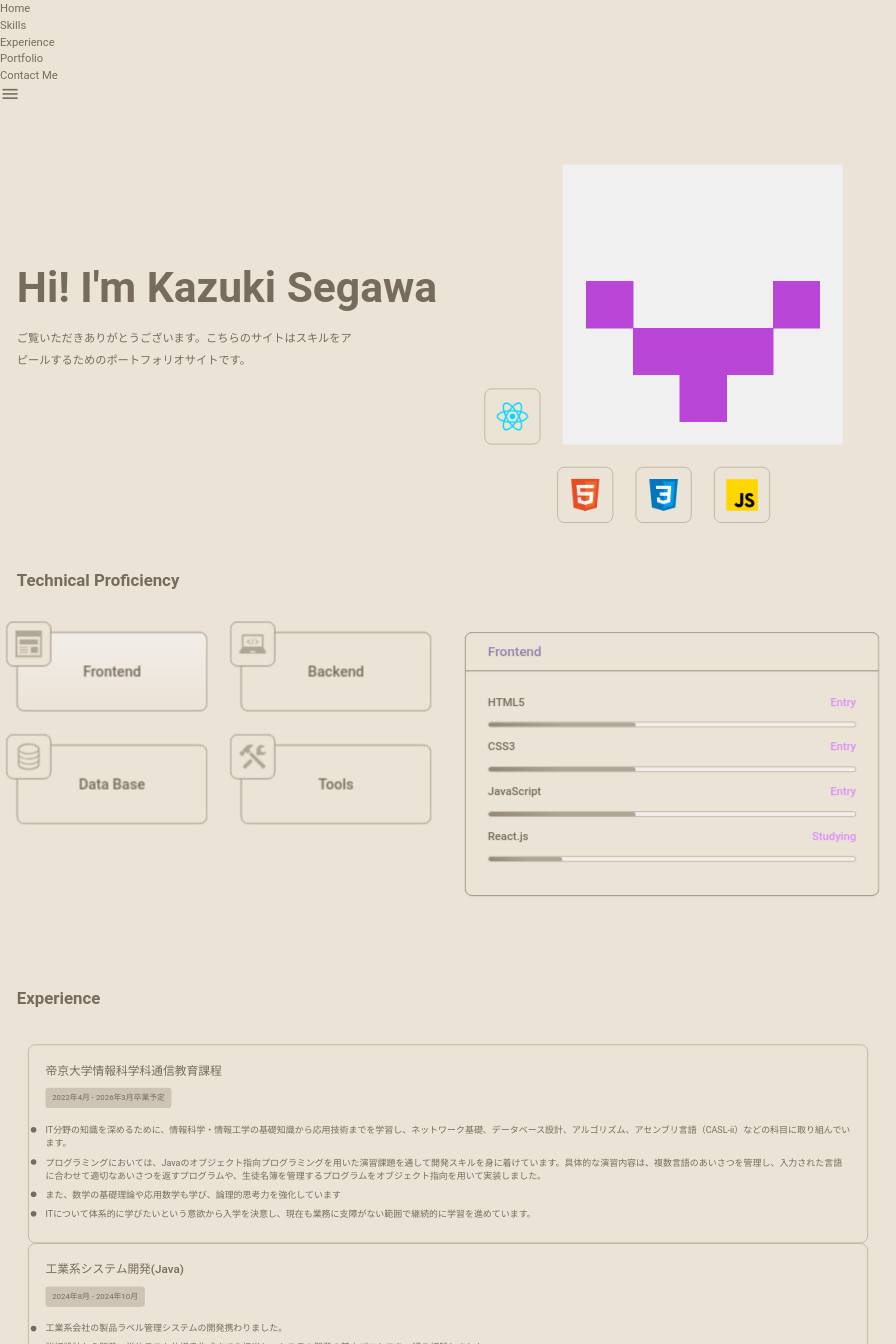
Repository: segawa74/SegawaSite
Page: /
The author's editor kept a copy of each file at every save. The page is drawn from the files as they stood at one save, then again after the next save.
The browser window is 1280 px wide. The pictures show the part of the page from y = 0 to 1920 px (the page is 3160 px tall before and 3141 px after), at 70% of full size.
The project was rebuilt for these pictures with package versions that can differ from the ones it lists, and the page was loaded fresh each time. Also part of the build but not shown: vite.config.ts, src/components/Navbar/Navbar.css.

Above is the page before, as saved 2024-10-23 18:19:53.

After the next save:
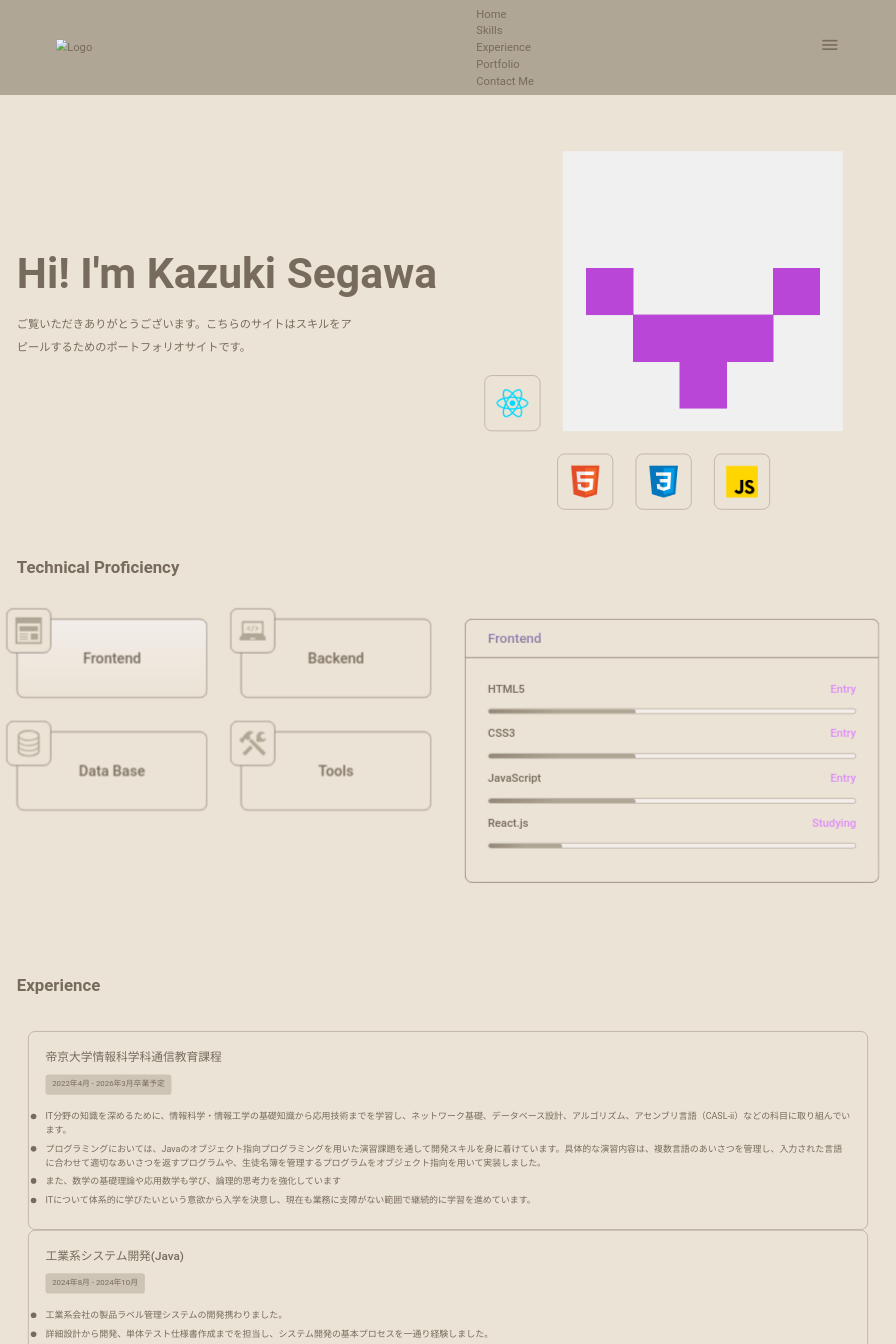
Saved 63 s later.
--- a/src/components/Navbar/Navbar.tsx
+++ b/src/components/Navbar/Navbar.tsx
@@ -14,9 +14,9 @@ const NavBar: React.FC = () => {
     <>
       <MobileNav isOpen={openMenu} toggleMenu={toggleMenu} />
 
-      <nav className="nav-wrapper">
-        <div className="nav-content">
-          <img className="logo" src="" alt="" />
+      <nav className="bg-[#B0A695] sticky top-0 z-30 backdrop-blur-sm py-2">
+        <div className="max-w-6xl mx-auto flex items-center justify-between px-4">
+          <img className="w-48 h-auto" src="" alt="Logo" />
 
           <ul>
             <li>
